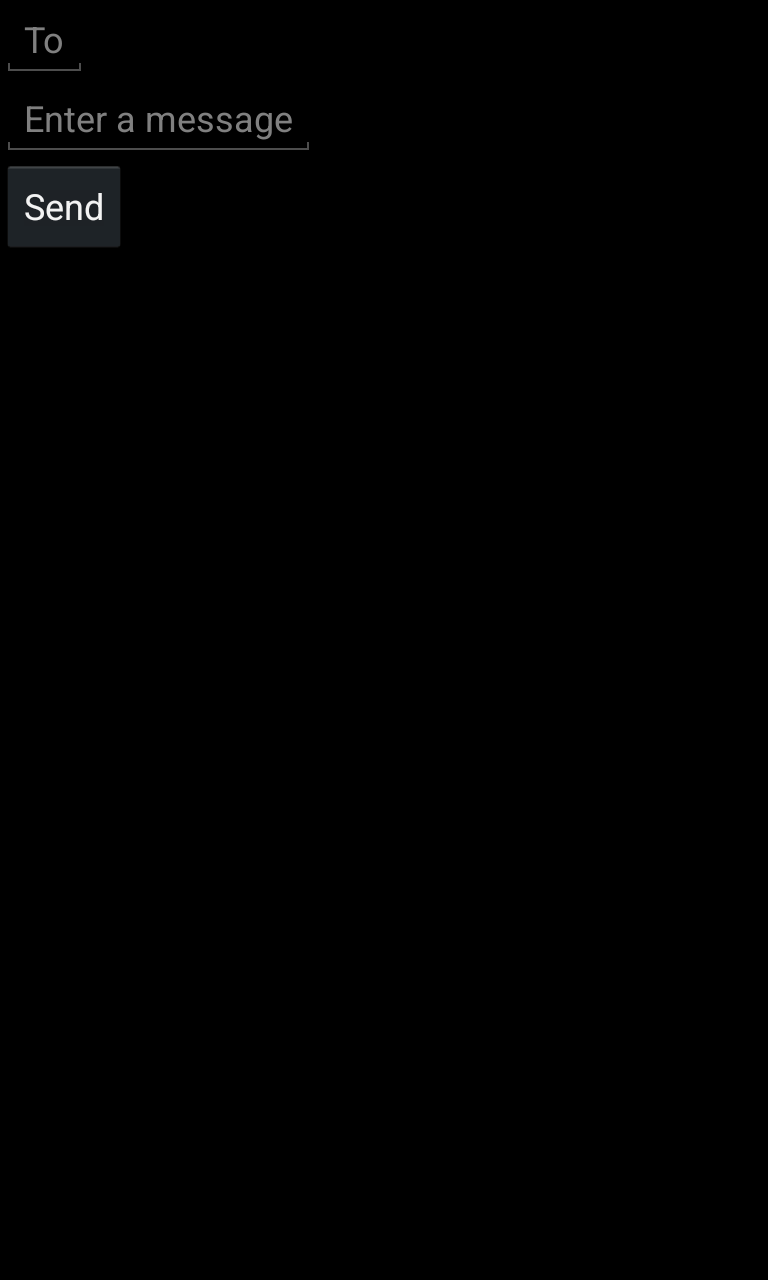
Repository: tomcynicholls/ThirdYearProject
Layout: JavaCode/App/res/layout/main.xml
The author's editor kept a copy of each file at every save. The layout is drawn from the files as they stood at one save, then again after the next save.
It is drawn on a 768 x 1280 px phone screen (xhdpi) without system bars, with theme android:Theme.Holo; the app's code is not run.

Above is the layout before, as saved 2013-01-27 15:58:01.

### JavaCode/App/res/layout/main.xml
<?xml version="1.0" encoding="utf-8"?>
<LinearLayout xmlns:android="http://schemas.android.com/apk/res/android"
    xmlns:tools="http://schemas.android.com/tools"
    android:layout_width="match_parent"
    android:layout_height="match_parent"
    android:orientation="vertical" >

      <EditText android:id="@+id/edit_receiver"
        android:layout_height="wrap_content"
        android:layout_width="wrap_content"
        android:hint="@string/edit_receiver" />


    <EditText android:id="@+id/edit_message"
        android:layout_height="wrap_content"
        android:layout_width="wrap_content"
        android:hint="@string/edit_message" />

    <RelativeLayout
            android:id="@+id/innerrel"
            android:layout_width="match_parent"
            android:layout_height="wrap_content"
            android:orientation="horizontal" >

    <Button
        android:layout_width="wrap_content"
        android:layout_height="wrap_content"
        android:text="@string/button_send"
        android:onClick="sendMessage"
        android:layout_alignRight="true" />

    </RelativeLayout>
</LinearLayout>

### JavaCode/App/res/values/strings.xml
<?xml version="1.0" encoding="utf-8"?>
<resources>

    <string name="app_name">TYP App</string>
    <string name="edit_message">Enter a message</string>
    <string name="edit_receiver">To</string>
    <string name="button_send">Send</string>
    <string name="menu_settings">Settings</string>
    <string name="title_activity_main">MainActivity</string>
    <string name="title_activity_display_message">Message</string>
    <string name="hello_world">Hello world!</string>
    <string name="holder">Text Holder</string>
    <string name="title_activity_view_xml_writer">View Xm lWriter</string>

</resources>

After the next save:
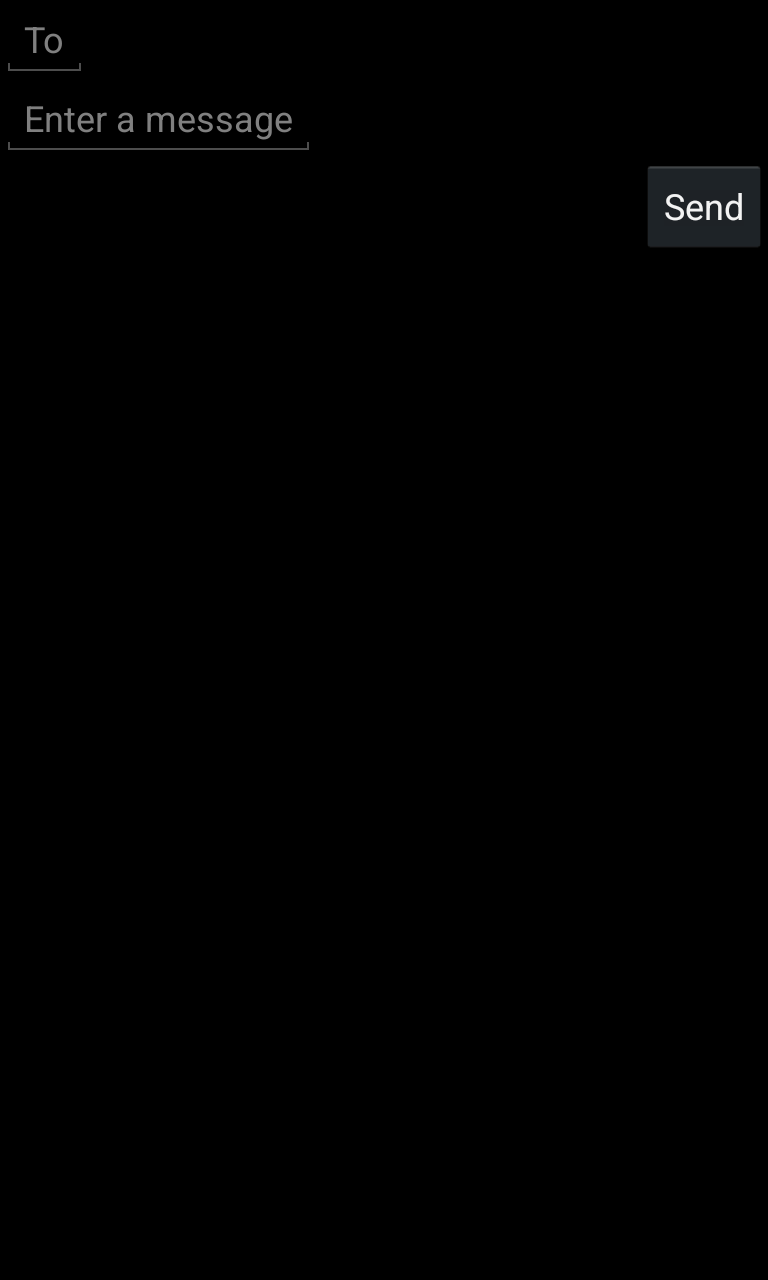
Saved 31 s later.
--- a/JavaCode/App/res/layout/main.xml
+++ b/JavaCode/App/res/layout/main.xml
@@ -27,7 +27,7 @@
         android:layout_height="wrap_content"
         android:text="@string/button_send"
         android:onClick="sendMessage"
-        android:layout_alignRight="true" />
+        android:layout_alignParentRight="true" />
 
     </RelativeLayout>
 </LinearLayout>
